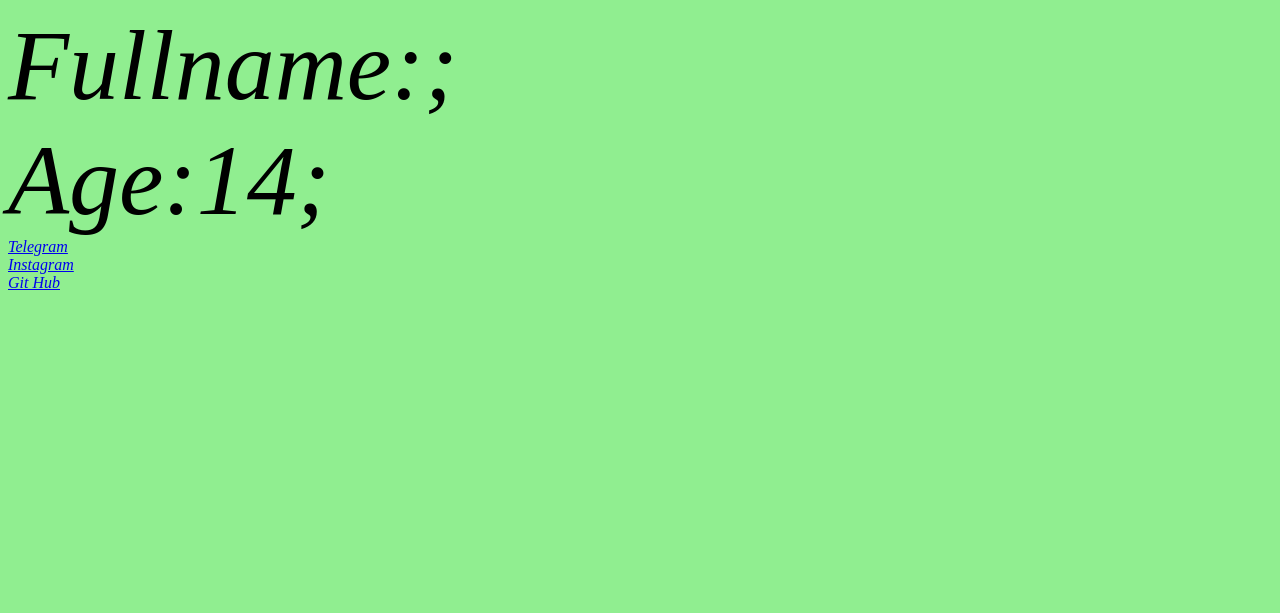
Repository: KHANas02/JS_first-lesson
Page: portfolio.html
The author's editor kept a copy of each file at every save. The page is drawn from the files as they stood at one save, then again after the next save.
The browser window is 1280 px wide. The pictures show the whole page.

Above is the page before, as saved 2024-03-23 09:46:59.

### portfolio.html
<!DOCTYPE html>
<html lang="en">
  <head>
    <meta charset="UTF-8" />
    <meta name="viewport" content="width=device-width, initial-scale=1.0" />
    <title>About me</title>
    <link rel="stylesheet" href="./index.html" />
    <style>
        body{
            background-color: lightgreen;
        }
      a:hover {
        scale: 125%;
      }
      em:hover{
        scale: 90%;
      }
      em {
font-size: 100px;
font-weight: 100px;
      }
      a{

      }
    </style>
  </head>
  <body>
    <address>
      <em> Fullname:;</em>
      <br />
      <em> Age:14;</em><br />
      <a target="_blank" href="https://t.me/wzb_02">Telegram</a>
      <br />
      <a target="_blank" href="#">Instagram</a>
      <br />
      <a target="_blank" href="https://github.com/KHANas02">Git Hub</a>
    </address>
  </body>
</html>

### index.html
<!DOCTYPE html>
<html lang="en">
  <head>
    <meta charset="UTF-8" />
    <meta name="viewport" content="width=device-width, initial-scale=1.0" />
    <title>Market</title>
    <link rel="stylesheet" href="./style.css" />
  </head>
  <body>
    <video autoplay loop muted plays-inline class="background-video">
      <source
        src="https://github.com/ecemgo/mini-samples-great-tricks/assets/13468728/82f375e7-244f-4c21-90ac-9abd7549ed05"
        type="video/mp4"
      />
    </video>

    <input type="checkbox" id="check" />
    <label for="check" class="icons">
      <i class="bx bx-menu" id="menu-icon"></i>
      <i class="bx bx-x" id="close-icon"></i>
    </label>

    <nav class="navbar">
      <a target="_blank" href="#" class="nav-item" style="--i: 0">Home</a>
      <a target="_blank" href="#" class="nav-item" style="--i: 1">Book</a>
      <a target="_blank" href="#" class="nav-item" style="--i: 2">Favorites</a>
      <a target="_blank" href="#" class="nav-item" style="--i: 3">Contact</a>
      <a target="_blank" href="#" class="nav-item" style="--i: 4">About us</a>
      <a target="_blank" href="#" class="nav-item" style="--i: 5">Services</a>
      <a target="_blank" href="#" class="nav-item" style="--i: 6">Services</a>
      <a target="_blank" href="portfolio.html" class="nav-item" style="--i: 7"
        >Portfolio</a
      >
      <a target="_blank" href="sale.html" class="nav-item" style="--i: 6"
        >Sale</a
      >
      <a target="_blank" href="location.html" class="nav-item" style="--i: 6"
        >Our location</a
      >
      <a target="_blank" href="feedback.html" class="nav-item" style="--i: 8"
        >Feedback</a
      >
    </nav>

    <section class="content">
      <h1>Company</h1>
      <a href="#" class="btn light"></a>
    </section>

    <div class="container">
      <div class="card">
        <img src="photo_2024-02-25_17-26-45.jpg" />
        <div class="card__head">Costs:10.000 Sum</div>
      </div>
      <div class="card">
        <img src="photo_2024-02-26_21-07-56.jpg" />
        <div class="card__head">Costs:5.000 Sum</div>
      </div>

      <div class="card">
        <img src="photo_2024-02-26_21-07-54.jpg" />
        <div class="card__head">Costs:7.000 Sum</div>
      </div>

      <div class="card">
        <img src="photo_2024-03-22_22-08-20.jpg" />
        <div class="card__head">Costs:7.000 Sum</div>
      </div>
      <img class="card">
        <img src="photo_2024-03-22_22-21-49.jpg" />
        <div class="card__head">Costs:7.000 Sum</div>
      </img>
    </div>
  </body>
</html>

After the next save:
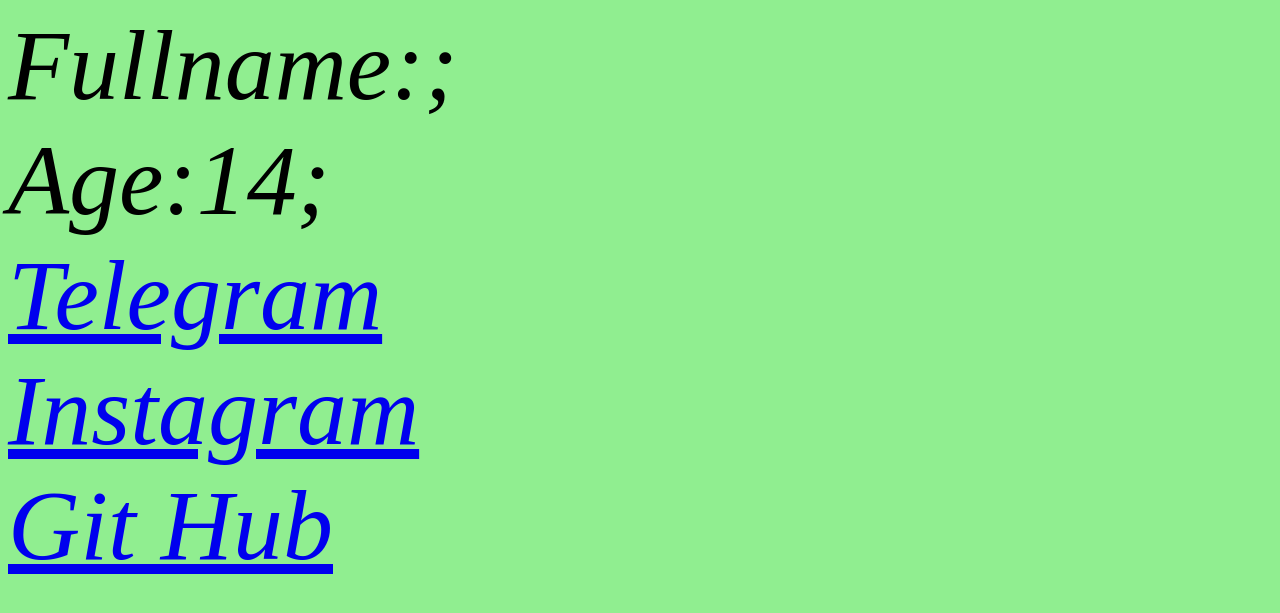
Saved 6 s later.
--- a/portfolio.html
+++ b/portfolio.html
@@ -20,7 +20,8 @@
 font-weight: 100px;
       }
       a{
-
+        font-size: 100px;
+font-weight: 100px;
       }
     </style>
   </head>
